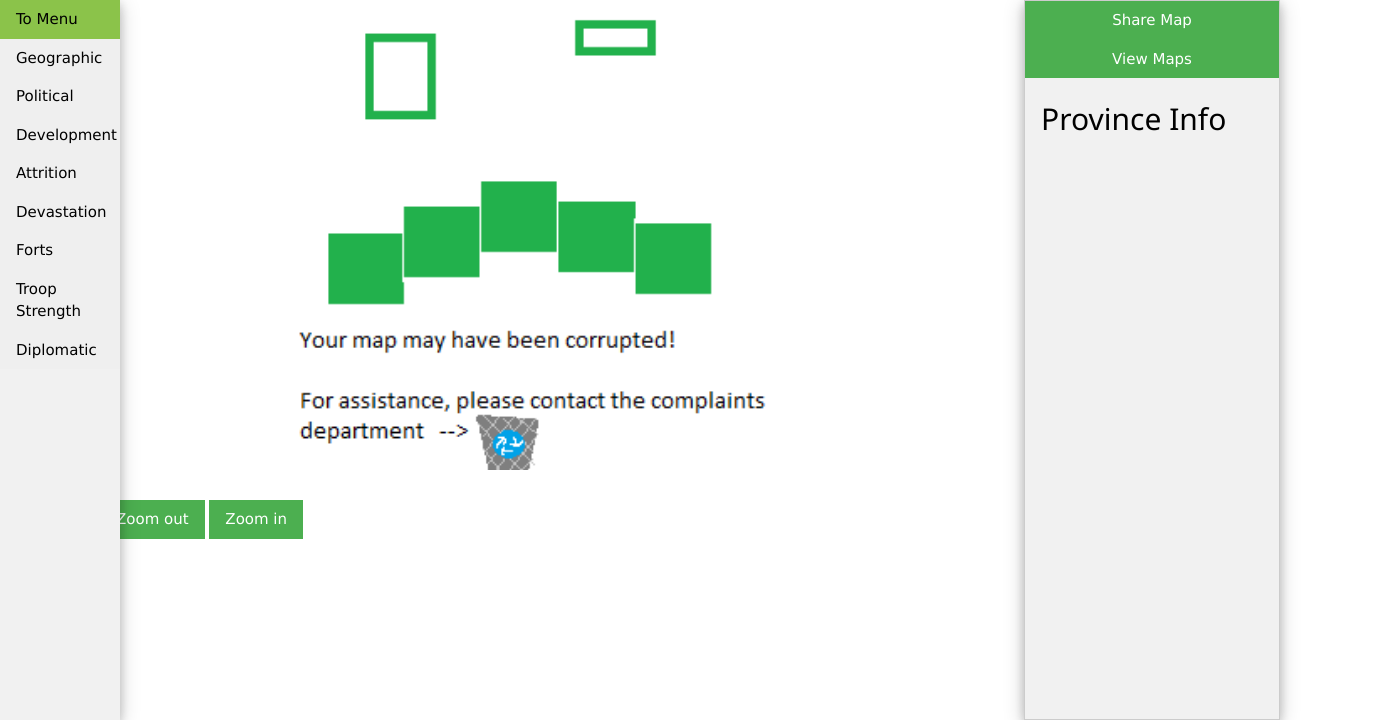
Repository: ReactorDevelopment/environment
Page: public/map.html
The author's editor kept a record of every edit. The page is drawn from the files as they stood at one moment, then again after the next edit.
The browser window is 1280 px wide. The page is 1380 px wide, so the pictures cover 1380 px, including what lies to the right of the window. The pictures show the whole page.

Above is the page before.
Console error: SyntaxError: Identifier 'ALPHA' has already been declared

After the next edit:
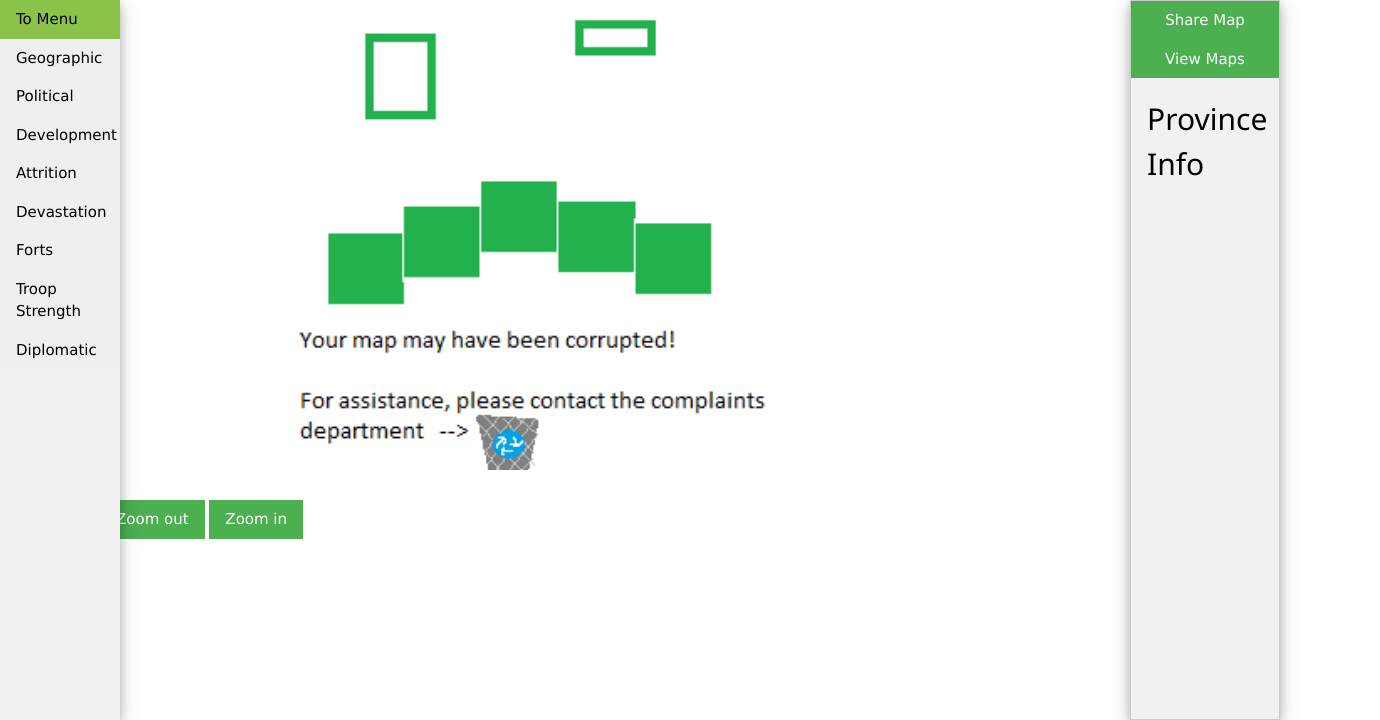
The edit:
--- a/public/map.html
+++ b/public/map.html
@@ -26,7 +26,7 @@
         <input type="button" id="mitMode" class="w3-bar-item w3-hover-green" value="Troop Strength" onclick="map.updateAllOverlays(7)">
         <input type="button" id="dipMode" class="w3-bar-item w3-hover-green" value="Diplomatic" onclick="map.updateAllOverlays(8)">
       </div>
-      <ul id="provInfo" class="w3-sidebar w3-light-grey w3-bar-block w3-ul w3-border w3-card-4 w3-hoverable" style="margin-left:80%; width:20%; top:0">
+      <ul id="provInfo" class="w3-sidebar w3-light-grey w3-bar-block w3-ul w3-border w3-card-4 w3-hoverable" style="right: 0; width:150px; top:0">
         <li onclick="toDb(true)" class="w3-bar-item w3-button w3-green w3-hover-light-green" style="text-align: center">Share Map</li>
         <li onclick="toDb(false)" class="w3-bar-item w3-button w3-green w3-hover-light-green" style="text-align: center">View Maps</li>
         <li class="w3-bar-item"><h2>Province Info</h2></li>
